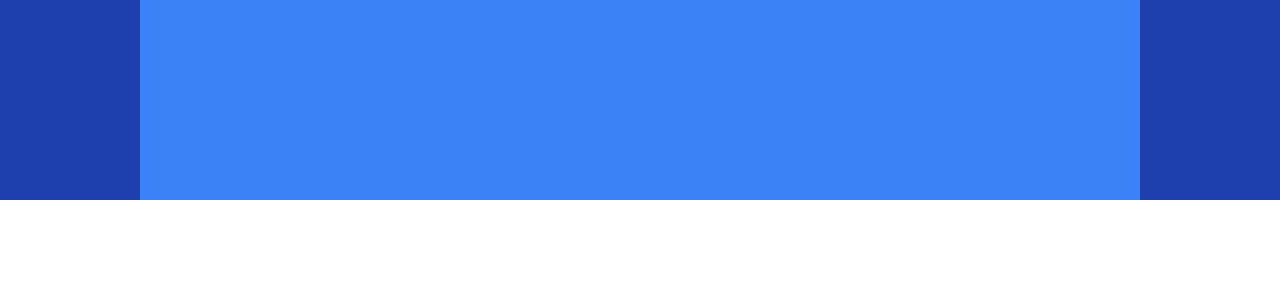
Repository: TMuse333/quantum-experiments
Page: /
An editor plug-in stored every save of this project. The page is shown before and after the next save, followed by the edit.
The browser window is 1280 px wide. The pictures show the whole page.
The project was rebuilt for these pictures with package versions that can differ from the ones it lists, and the page was loaded fresh each time. Also part of the build but not shown: vite.config.ts.

Above is the page before, as saved 2024-06-08 18:07:57.

### src/App.tsx
import { useState } from 'react'
import reactLogo from './assets/react.svg'
import viteLogo from '/vite.svg'
import './App.css'
import SineWave from './components/wave/wave'

function App() {
  const [count, setCount] = useState(0)

  return (
    <>
    <div className='bg-blue-800 absolute top-0 left-0
    flex items-center justify-center w-screen'>


     <SineWave/>
     </div>
    </>
  )
}

export default App

### src/components/wave/wave.tsx
import React, { useRef, useEffect } from 'react';

const SineWave: React.FC = () => {
  const canvasRef = useRef<HTMLCanvasElement | null>(null);

  useEffect(() => {
    const canvas = canvasRef.current;
    if (!canvas) return;

    const c = canvas.getContext('2d');
    if (!c) return;

    const wave = {
      amplitude: 50,
      frequency: 0.05, // Slower wave
      speed: 0.03, // Slower speed
      xOffset: 0,
      yOffset: canvas.height / 2,
      waveColor: '#fff'
    };

    const draw = () => {
      c.clearRect(0, 0, canvas.width, canvas.height);
      c.beginPath();
      c.moveTo(0, wave.yOffset);
      for (let x = 0; x < canvas.width; x++) {
        const y = wave.yOffset + Math.sin(x * wave.frequency + wave.xOffset) * wave.amplitude;
        c.lineTo(x, y);
      }
      c.strokeStyle = wave.waveColor;
      c.stroke();
      wave.xOffset += wave.speed;
      requestAnimationFrame(draw);
    };

    draw();

    // const resizeHandler = () => {
    //   canvas.width = window.innerWidth;
    //   canvas.height = window.innerHeight;

    // };

    // window.addEventListener('resize', resizeHandler);

    // return () => {
    //   window.removeEventListener('resize', resizeHandler);
    // };
  }, []);

  return  (
    <div className='w-screen bg-blue-500 relative
    h-[200px] max-w-[1000px] ml-auto mr-auto'>


  {/* <canvas className='h-full ml-auto mr-auto w-full'
   ref={canvasRef} /> */}
     </div>
  )
};

export default SineWave;

Loaded but not shown: index.html (common file); src/main.tsx (common file); src/index.css (common file); src/App.css (common file); tailwind.config.js (common file)

After the next save:
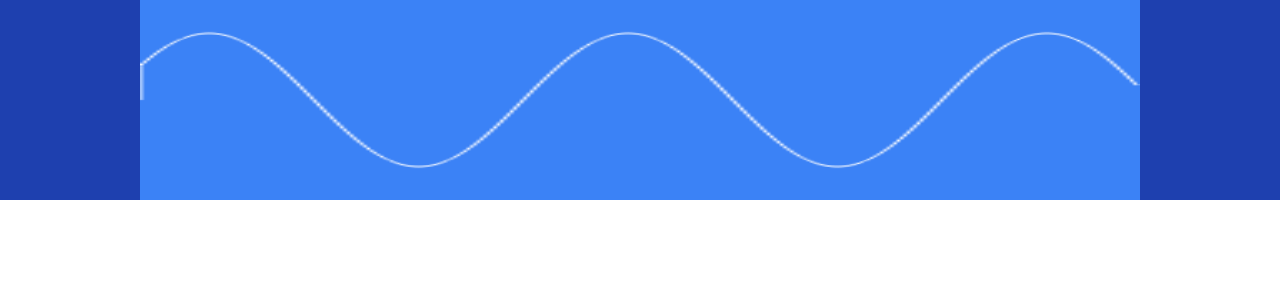
Saved 8 s later.
--- a/src/components/wave/wave.tsx
+++ b/src/components/wave/wave.tsx
@@ -53,8 +53,8 @@ const SineWave: React.FC = () => {
     h-[200px] max-w-[1000px] ml-auto mr-auto'>
 
 
-  {/* <canvas className='h-full ml-auto mr-auto w-full'
-   ref={canvasRef} /> */}
+  <canvas className='h-full ml-auto mr-auto w-full'
+   ref={canvasRef} />
      </div>
   )
 };
